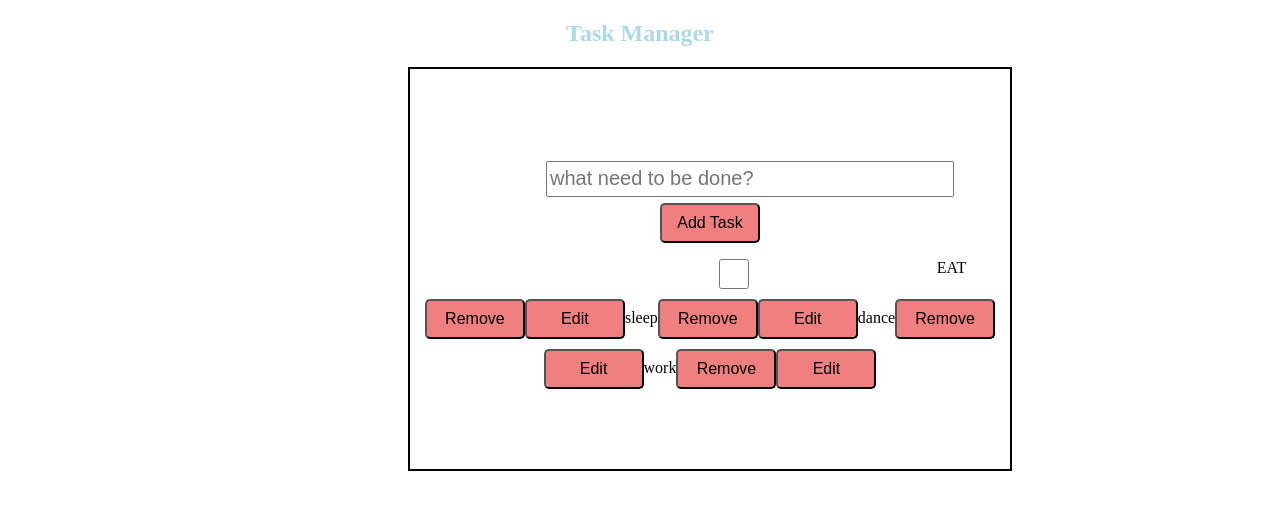
Repository: sristigupta04/basic-js-project
Page: todo app/title.html
These files come from the project's save history. The page is drawn as it stood at one moment and after the next save; the edit follows.
The browser window is 1280 px wide. The pictures show the whole page.

Above is the page before, as saved 2025-10-28 18:45:51.

### todo app/title.html
<!DOCTYPE html>
<html lang="en">
<head>
    <meta charset="UTF-8">
    <meta name="viewport" content="width=device-width, initial-scale=1.0">
    <title>Todo App</title>
    <link rel="stylesheet" href="title.css"/>
</head>
<body>
    <h2> Task Manager</h2>
    <div class="contain">
        <input type="text" placeholder="what need to be done?"></input>
        <button>Add Task</button>

        <div class="row">
            <input type="checkbox">
            <p> EAT</p> <button>Remove</button> <button>Edit</button>
            <p>sleep</p> <button>Remove</button><button>Edit</button>
            <p>dance</p> <button>Remove</button><button>Edit</button>
            <p>work</p> <button>Remove</button><button>Edit</button>
        </div>
    </div>
</body>
</html>

### todo app/title.css
.body{

    text-align: center;
    font-family: 'Trebuchet MS', 'Lucida Sans Unicode', 'Lucida Grande', 'Lucida Sans', Arial, sans-serif;
    margin:0;
    padding: 0;
}

h2{
color:lightblue;
margin-top: 20px;
justify-content: center;
display: flex;
}
.contain{
    border:2px solid black;

    width:600px;
    height: 400px;;
      display: flex;
      align-items: center;
    justify-content: center;
    flex-direction: column;
    margin-left:400px;

}
.contain input{
    width:400px;
    height: 30px;
    font-size: 20px;
    margin-top: 1rem;
    margin-left:5rem;;
}
.contain button{
    width:100px;
    height: 40px;
    font: 200;
    margin-top:0.40rem;
    font-size: medium;
    background-color: lightcoral;
    border-radius: 5px;
    cursor: pointer;

}
.row{
    display: flex;
    justify-content: center;
    flex-wrap: wrap;
}

After the next save:
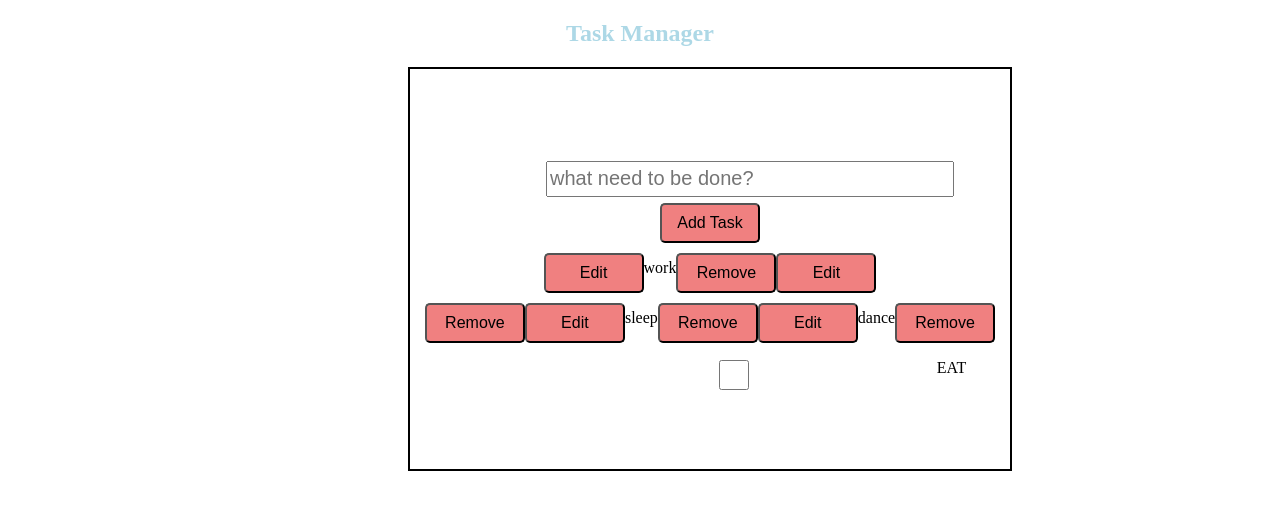
Saved 6 s later.
--- a/todo app/title.css
+++ b/todo app/title.css
@@ -45,5 +45,5 @@ display: flex;
 .row{
     display: flex;
     justify-content: center;
-    flex-wrap: wrap;
+    flex-wrap: wrap-reverse;
 }
